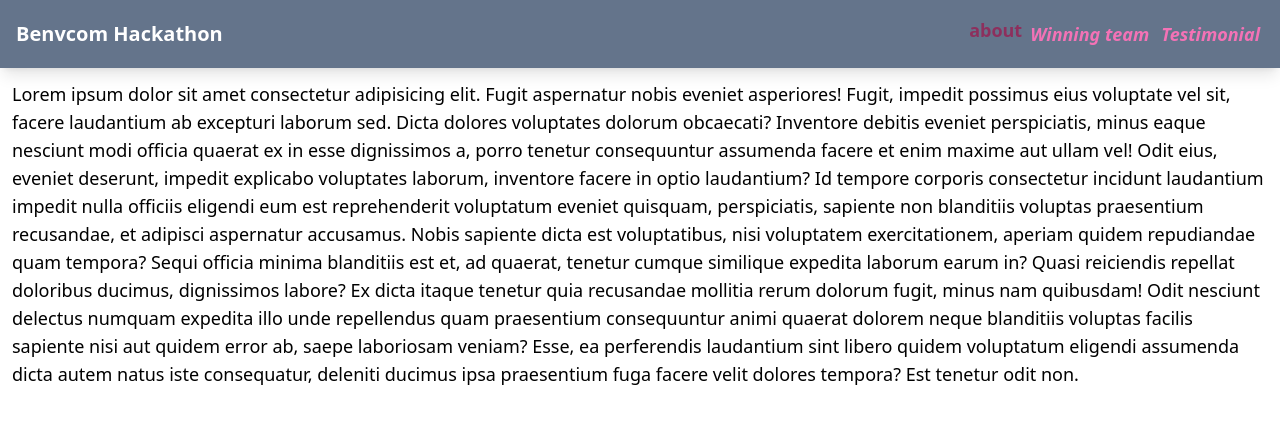
Repository: Semanmernstack/Bincom
Page: /about
An editor plug-in stored every save of this project. The page is shown before and after the next save, followed by the edit.
The browser window is 1280 px wide. The pictures show the whole page.
The project was rebuilt for these pictures with package versions that can differ from the ones it lists, and the page was loaded fresh each time. The framework's server and built-in components were replaced by stand-ins that run in the browser. Also part of the build but not shown: next.config.mjs.

Above is the page before, as saved 2024-01-25 22:50:49.

After the next save:
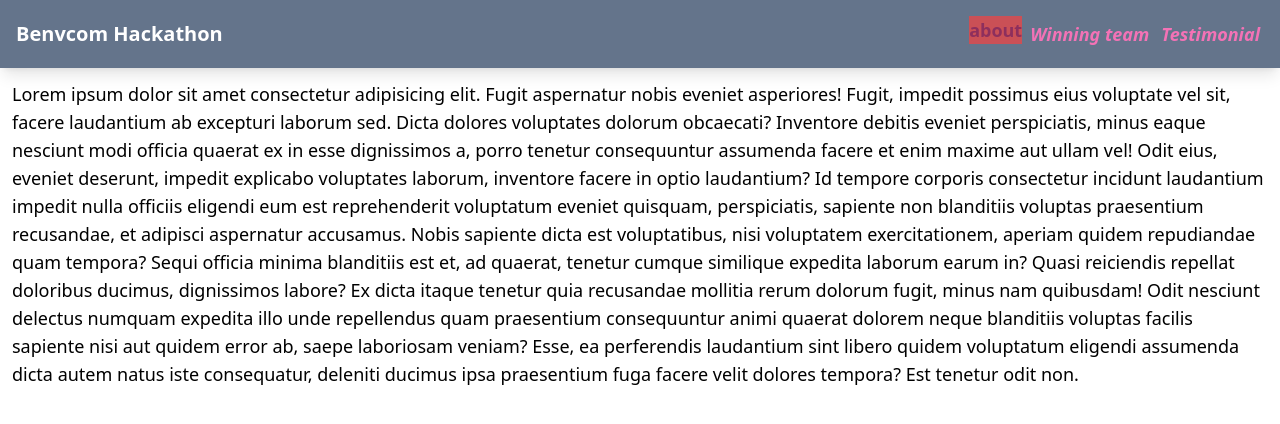
Saved 15 s later.
--- a/app/components/Nav.tsx
+++ b/app/components/Nav.tsx
@@ -28,7 +28,7 @@ function Nav() {
             {Linkk.map((d, i) => (
             <div className='' key={i}>
                 {pathname === d.href ? (
-                <Link href={d.href} className=' flex  text-xs sm:text-lg text-pink-800 font-bold animate-pulse'>
+                <Link href={d.href} className=' flex bg-red-500 text-xs sm:text-lg text-pink-800 font-bold animate-pulse'>
                     {d.title}
                 </Link>
 
